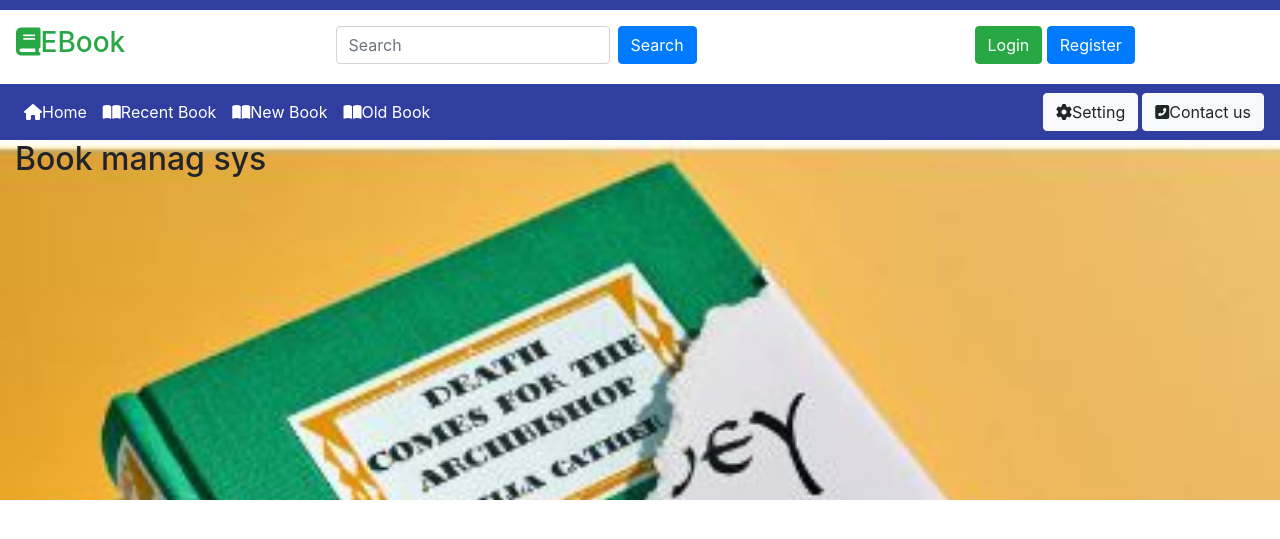
Repository: DaoThanhLam/eProjectKy4
Page: http://localhost/bookma_pro/
These files come from the project's save history. The page is drawn as it stood at one moment and after the next save; the edit follows.
The browser window is 1280 px wide. The pictures show the whole page.
Some web libraries are served in a nearby version. The page is served by Tomcat 9.

Above is the page before, as saved 2024-11-14 08:09:05.

### bookma_pro/src/main/webapp/index.jsp
<%@ page language="java" contentType="text/html; charset=ISO-8859-1"
    pageEncoding="ISO-8859-1"%>
<!DOCTYPE html>
<html>
<head>
<meta charset="ISO-8859-1">
<title>Insert title here</title>
<%@include file="components/css.jsp"%>
<style type="text/css">
.back-img{
	background: url("img/books.JPG");
	height: 50vh;
	width: 100%;
	background-size: cover;
	background-repeat: no-repeat;
}
</style>

</head>
<body>
	<%@include file="components/navbar.jsp"%>
	<div class="container-fluid back-img">
		<h2>Book manag sys</h2>
	</div>

</body>
</html>

### bookma_pro/src/main/webapp/components/css.jsp
<link rel="stylesheet" href="https://cdn.jsdelivr.net/npm/bootstrap@4.3.1/dist/css/bootstrap.min.css" integrity="sha384-ggOyR0iXCbMQv3Xipma34MD+dH/1fQ784/j6cY/iJTQUOhcWr7x9JvoRxT2MZw1T" crossorigin="anonymous">

<script src="https://code.jquery.com/jquery-3.3.1.slim.min.js" integrity="sha384-q8i/X+965DzO0rT7abK41JStQIAqVgRVzpbzo5smXKp4YfRvH+8abtTE1Pi6jizo" crossorigin="anonymous"></script>

<script src="https://cdn.jsdelivr.net/npm/popper.js@1.14.7/dist/umd/popper.min.js" integrity="sha384-UO2eT0CpHqdSJQ6hJty5KVphtPhzWj9WO1clHTMGa3JDZwrnQq4sF86dIHNDz0W1" crossorigin="anonymous"></script>

<script src="https://cdn.jsdelivr.net/npm/bootstrap@4.3.1/dist/js/bootstrap.min.js" integrity="sha384-JjSmVgyd0p3pXB1rRibZUAYoIIy6OrQ6VrjIEaFf/nJGzIxFDsf4x0xIM+B07jRM" crossorigin="anonymous"></script>

<link rel="stylesheet" href="https://cdnjs.cloudflare.com/ajax/libs/font-awesome/6.6.0/css/all.min.css" integrity="sha512-Kc323vGBEqzTmouAECnVceyQqyqdsSiqLQISBL29aUW4U/M7pSPA/gEUZQqv1cwx4OnYxTxve5UMg5GT6L4JJg==" crossorigin="anonymous" referrerpolicy="no-referrer" />

<link rel="stylesheet" href="components/style.css">

### bookma_pro/src/main/webapp/components/navbar.jsp
<div class="container-fluid" style="height: 10px; background-color: #303f9f"></div>

<div class="container-fluid p-3">
	<div class="row" >
		<div class="col-md-3 text-success">
			<h3><i class="fas fa-book"></i>EBook</h3>
		</div>
		<div class="col-md-6">
	  		<form class="form-inline my-2 my-lg-0">
      			<input class="form-control mr-sm-2" type="search" placeholder="Search" aria-label="Search">
      			<button class="btn btn-primary my-2 my-sm-0" type="submit">Search</button>
    		</form>
		</div>

			<div class="col-md-3">
			<a href="" class="btn btn-success">Login</a>
			<a href="" class="btn btn-primary text-white">Register</a>
			</div>

	</div>
</div>

<nav class="navbar navbar-expand-lg navbar-dark bg-custom">
  <button class="navbar-toggler" type="button" data-toggle="collapse" data-target="#navbarSupportedContent" aria-controls="navbarSupportedContent" aria-expanded="false" aria-label="Toggle navigation">
    <span class="navbar-toggler-icon"></span>
  </button>

  <div class="collapse navbar-collapse" id="navbarSupportedContent">
    <ul class="navbar-nav mr-auto">
      <li class="nav-item active">
        <a class="nav-link" href="#">
        	<i class="fas fa-home"></i>Home <span class="sr-only">(current)</span>
        </a>
      </li>
      <li class="nav-item active">
        <a class="nav-link" href="#"><i class="fas fa-book-open"></i>Recent Book</a>
      </li>
      <li class="nav-item active">
        <a class="nav-link" href="#"><i class="fas fa-book-open"></i>New Book</a>
      </li>

      <li class="nav-item active">
        <a class="nav-link disabled" href="#" tabindex="-1" aria-disabled="true"><i class="fas fa-book-open"></i>Old Book</a>
      </li>
    </ul>
    <form class="form-inline my-2 my-lg-0">
      <button class="btn btn-light my-2 my-sm-0" type="submit"><i class="fas fa-cog"></i>Setting</button>
      <button class="btn btn-light my-2 my-sm-0 ml-1" type="submit"><i class="fas fa-phone-square-alt"></i>Contact us</button>
    </form>
  </div>
</nav>

### bookma_pro/src/main/webapp/components/style.css
.bg-custom{
	background-color: #303f9f;
}
.navbar .nav-item:hover .nav-link{
	background-color: white;
	color:  #303f9f;
	border-radius: 10px;
}

After the next save:
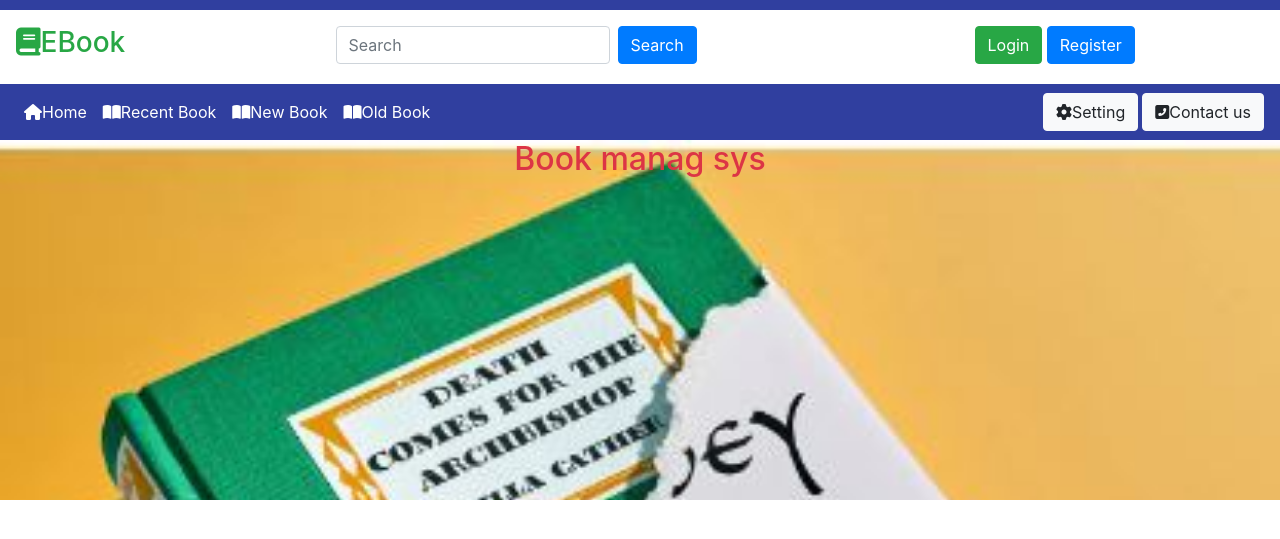
Saved 50 s later.
--- a/bookma_pro/src/main/webapp/index.jsp
+++ b/bookma_pro/src/main/webapp/index.jsp
@@ -20,7 +20,7 @@
 <body>
 	<%@include file="components/navbar.jsp"%>
 	<div class="container-fluid back-img">
-		<h2>Book manag sys</h2>
+		<h2 class="text-center text-danger" >Book manag sys</h2>
 	</div>
 
 </body>
